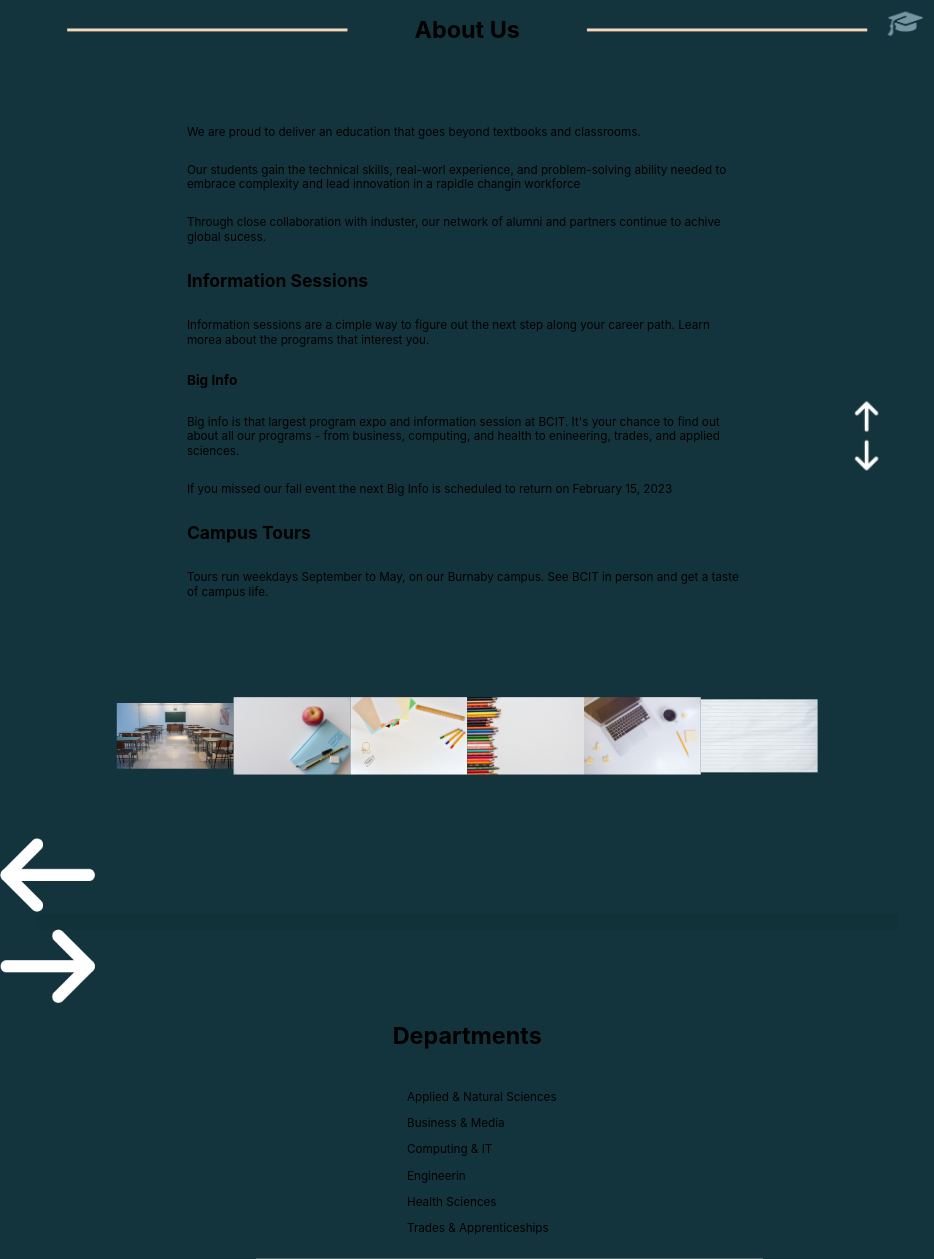
Repository: SaraShio/A01314209_Sara_Shiojima
Page: /about
The author's editor kept a copy of each file at every save. The page is drawn from the files as they stood at one save, then again after the next save.
The browser window is 1280 px wide. The pictures show the whole page, at 73% of full size.
The project was rebuilt for these pictures with package versions that can differ from the ones it lists, and the page was loaded fresh each time. The framework's server and built-in components were replaced by stand-ins that run in the browser. Also part of the build but not shown: next.config.js.

Above is the page before, as saved 2023-02-08 22:06:35.

### pages/_app.js
import '../styles/globals.css'
import '../styles/variables.css'


function MyApp({ Component, pageProps }) {
  return <Component {...pageProps} />
}

export default MyApp

### pages/about.js
import Head from 'next/head'
import Image from 'next/image'
import styles from '../styles/About.module.css'
import Link from 'next/link'
import Arrow from '../components/Arrow'
import Navbar from '../components/Navbar'

export default function About() {
    return (
        <>
            <head>
                <title>About Us</title>
                <meta name="author" content="MDIA 2109" />
                <meta property="og:title" content="Assignment #1 - About Us Page" />
                <meta property="og:description" content="BCIT Digital Design and Development Diploma" />
                <link rel="icon" href='/favicon.png' />
            </head>

            <main className={styles.main}>
                <Navbar/>
                <header>
                    <div className={styles.header}>
                        <hr className={styles.line}></hr>
                        <h1>About Us</h1>
                        <hr className={styles.line}></hr>
                    </div>
                </header>
                <div className={styles.information}>
                    <div><p>We are proud to deliver an education that goes beyond textbooks and classrooms.</p></div>
                    <div><p>Our students gain the technical skills, real-worl experience, and problem-solving ability needed to embrace complexity and lead innovation in a rapidle changin workforce</p></div>
                    <div><p>Through close collaboration with induster, our network of alumni and partners continue to achive global sucess. </p></div>

                    <div><h2  >Information Sessions</h2></div>
                    <div><p>Information sessions are a cimple way to figure out the next step along your career path. Learn morea about the programs that interest you.</p></div>
                    <div><h3  >Big Info</h3></div>
                    <div><p>Big info is that largest program expo and information session at BCIT. It's  your chance to find out about all our programs - from business, computing, and health to enineering, trades, and applied sciences.</p></div>
                    <div><p  >If you missed our fall event the next Big Info is scheduled to return on February 15, 2023</p></div>
                    <div><h2  >Campus Tours</h2></div>

                    <div><p>Tours run weekdays September to May, on our Burnaby campus. See BCIT in person and get a taste of campus life.</p></div>
                </div>

                <div id="carouselImage" className={styles.carouselImage}>
                    <img className={styles.carousel} src={"carousel-images/0.jpg"} />
                    <img className={styles.carousel} src={"carousel-images/1.jpg"} />
                    <img className={styles.carousel} src={"carousel-images/2.jpg"} />
                    <img className={styles.carousel} src={"carousel-images/3.jpg"} />
                    <img className={styles.carousel} src={"carousel-images/4.jpg"} />
                    <img className={styles.carousel} src={"carousel-images/5.jpg"} />
                </div>

                <div>
                    <img src={'icons/leftArrow.png'} />
                    <div id="testOnImageHere" className={styles.testOnImageHere}></div>
                    <img src={'icons/rightArrow.png'} />
                </div>


                <div className={styles.departments}>
                    <div className={styles.header}>
                        <hr className={styles.line}></hr>
                        <h1>Departments</h1>
                        <hr className={styles.line}></hr>
                    </div>
                    <ul className={styles.departmentName}>
                        <li>Applied & Natural Sciences</li>
                        <li>Business & Media</li>
                        <li>Computing & IT</li>
                        <li>Engineerin</li>
                        <li>Health Sciences</li>
                        <li>Trades & Apprenticeships</li>
                    </ul>
                </div>
                <Arrow page="About" />

            </main>
        </>
    )
}

### styles/variables.css
:root{
    --primary-color: #fff;
    --beige: #f4d6b9;
    --ternary-color: #7796A4;
    --teal: #14343d;
    --quinary-color: rgba(16,46,53,0.5);
    }

### styles/About.module.css
.main{
    background-color: var(--teal);
}

.carouselImage{
    height: 200px;
    background-repeat: no-repeat;
    background-size: cover;
    display: flex;
    justify-content: center;
    align-items: center;
    margin: 40px 0px;
}

.carousel{
width: 10rem;
}

.testOnImageHere{
    background-color: rgba(16, 46, 53, 0.5);
    padding: 10px;
    margin: 0px 50px;
}

.header{
display: flex;
justify-content: center;
align-items: center;
}

.line{
    width: 30%;
    height: 0.25rem;
    background-color: var(--beige);
    border: none;
}

.information{
    margin: 10vh 20vw;
    display: flex;
    justify-content: center;
    flex-direction: column;
}


.departments{
    display: flex;
    flex-direction: column;
    align-items: center;
    justify-content: center;
}

.departmentName>li{
    list-style: none;
    margin: 1rem;
}

### components/Arrow/index.js
import styles from './Arrow.module.css'

export default function Arrow({
    page = "home",
}) {
    return (

        page.toLowerCase() === "home" ?
            <div className={styles.arrow}><a><span><img src={'icons/downwardArrow.png'} /></span></a>
            </div> :
            page.toLowerCase() === "about" ?
                <div className={styles.arrow}><a><span><img src={'icons/upwardArrow.png'} /></span></a>
                    <a><span><img src={'icons/downwardArrow.png'} /></span></a>
                </div> :
                page.toLowerCase() === "contact" ?
                    <div className={styles.arrow}><a href="/about"><span><img src={'icons/upwardArrow.png'} /></span></a>
                    </div> :
                    <div className={styles.arrow}><a href="/"><span><img src={'icons/downwardArrow.png'} /></span></a>
                    </div>
    )
}

### components/Navbar/index.js
import styles from './Navbar.module.css'


export default function Navbar() {

    return (
        <>
            <nav className={styles.navbar}>
                <img className={styles.nav_icon} src={'icons/graduation-hat.png'}></img>
            </nav>
        </>
    )
}

### components/Arrow/Arrow.module.css
.arrow{
    bottom:10vh;
    right: 6vw;
    display: flex;
    flex-direction: column;
    position: fixed;
    gap: 0.5rem;
}


.arrow > a > span > img{
    width: 2rem;
}

### components/Navbar/Navbar.module.css
.navbar{
    display: flex;
    position: relative;
}

.nav_icon{
    width: 3rem;
    top: 1rem;
    right: 1rem;
    position: absolute;
}

Loaded but not shown: styles/globals.css (common file)

After the next save:
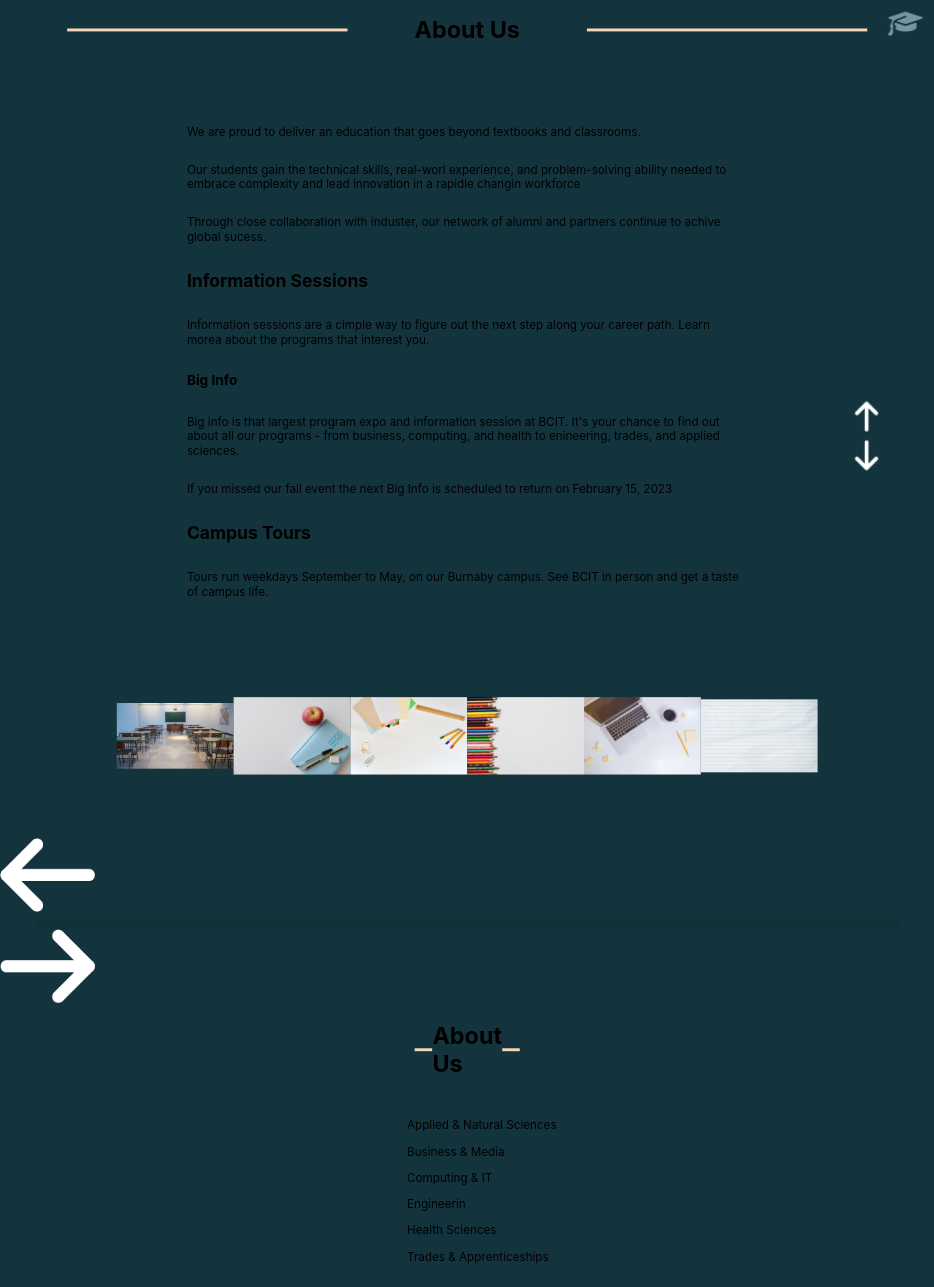
Saved 28 s later.
--- a/pages/about.js
+++ b/pages/about.js
@@ -57,9 +57,9 @@
 
 
                 <div className={styles.departments}>
-                    <div className={styles.header}>
+                <div className={styles.header}>
                         <hr className={styles.line}></hr>
-                        <h1>Departments</h1>
+                        <h1>About Us</h1>
                         <hr className={styles.line}></hr>
                     </div>
                     <ul className={styles.departmentName}>

After the 3 saves that followed:
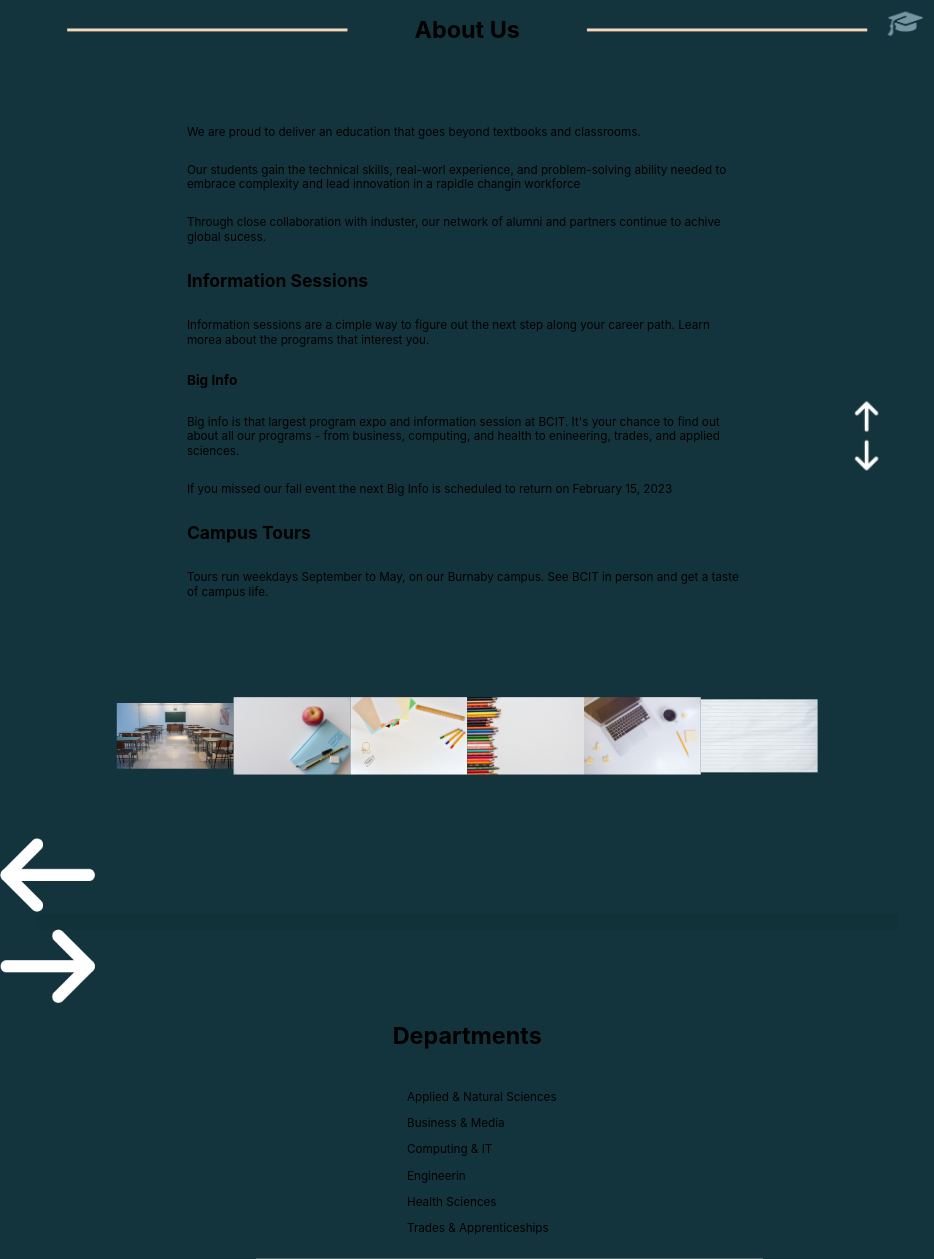
The 3 saves are shown as one change because 1 left the picture as it was and some came seconds apart.
The last was saved 22 s later.
--- a/pages/about.js
+++ b/pages/about.js
@@ -59,7 +59,7 @@
                 <div className={styles.departments}>
                 <div className={styles.header}>
                         <hr className={styles.line}></hr>
-                        <h1>About Us</h1>
+                        <h1>Departments</h1>
                         <hr className={styles.line}></hr>
                     </div>
                     <ul className={styles.departmentName}>
